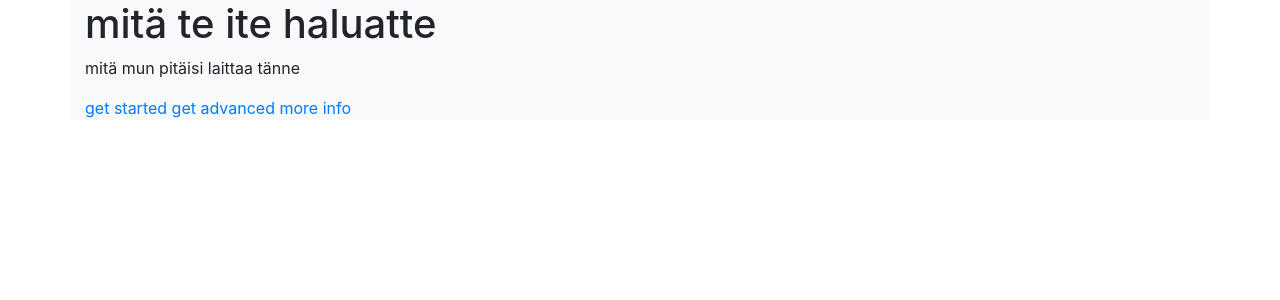
Repository: jessehapuli/jessehapuli.github.io
Page: Bootstrap/index.html
An editor plug-in stored every save of this project. The page is shown before and after the next save, followed by the edit.
The browser window is 1280 px wide. The pictures show the whole page.

Above is the page before, as saved 2024-04-24 09:25:14.

### Bootstrap/index.html
<!doctype html>
<html lang="en">
  <head>
    <!-- Required meta tags -->
    <meta charset="utf-8">
    <meta name="viewport" content="width=device-width, initial-scale=1, shrink-to-fit=no">

    <!-- Bootstrap CSS -->
    <link rel="stylesheet" href="https://cdn.jsdelivr.net/npm/bootstrap@4.6.2/dist/css/bootstrap.min.css" integrity="sha384-xOolHFLEh07PJGoPkLv1IbcEPTNtaed2xpHsD9ESMhqIYd0nLMwNLD69Npy4HI+N" crossorigin="anonymous">

    <title>Hello, world!</title>
  </head>
  <body>

    <section class="container bg-light">
      <h1>mitä te ite haluatte</h1>
      <p>mitä mun pitäisi laittaa tänne</p>
      <a href="">get started</a>
      <a href="">get advanced</a>
      <a href="">more info</a>
    </section>

    <!-- Optional JavaScript; choose one of the two! -->

    <!-- Option 1: jQuery and Bootstrap Bundle (includes Popper) -->
    <script src="https://cdn.jsdelivr.net/npm/jquery@3.5.1/dist/jquery.slim.min.js" integrity="sha384-DfXdz2htPH0lsSSs5nCTpuj/zy4C+OGpamoFVy38MVBnE+IbbVYUew+OrCXaRkfj" crossorigin="anonymous"></script>
    <script src="https://cdn.jsdelivr.net/npm/bootstrap@4.6.2/dist/js/bootstrap.bundle.min.js" integrity="sha384-Fy6S3B9q64WdZWQUiU+q4/2Lc9npb8tCaSX9FK7E8HnRr0Jz8D6OP9dO5Vg3Q9ct" crossorigin="anonymous"></script>

    <!-- Option 2: Separate Popper and Bootstrap JS -->
    <!--
    <script src="https://cdn.jsdelivr.net/npm/jquery@3.5.1/dist/jquery.slim.min.js" integrity="sha384-DfXdz2htPH0lsSSs5nCTpuj/zy4C+OGpamoFVy38MVBnE+IbbVYUew+OrCXaRkfj" crossorigin="anonymous"></script>
    <script src="https://cdn.jsdelivr.net/npm/popper.js@1.16.1/dist/umd/popper.min.js" integrity="sha384-9/reFTGAW83EW2RDu2S0VKaIzap3H66lZH81PoYlFhbGU+6BZp6G7niu735Sk7lN" crossorigin="anonymous"></script>
    <script src="https://cdn.jsdelivr.net/npm/bootstrap@4.6.2/dist/js/bootstrap.min.js" integrity="sha384-+sLIOodYLS7CIrQpBjl+C7nPvqq+FbNUBDunl/OZv93DB7Ln/533i8e/mZXLi/P+" crossorigin="anonymous"></script>
    -->
  </body>
</html>

After the next save:
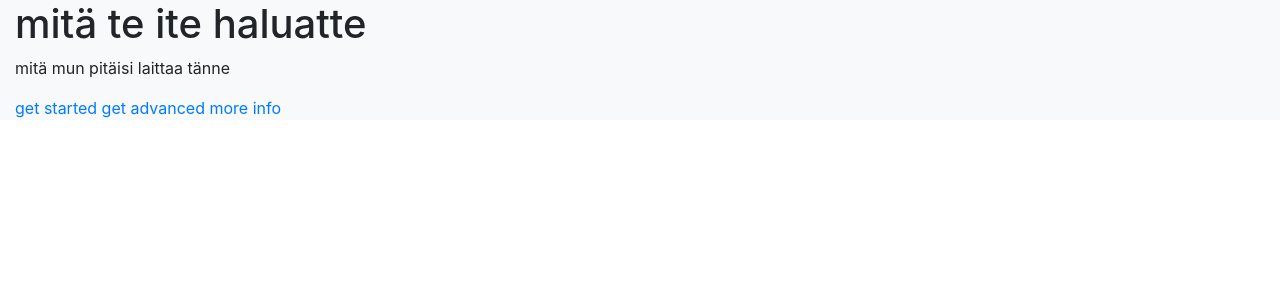
Saved 21 s later.
--- a/Bootstrap/index.html
+++ b/Bootstrap/index.html
@@ -12,7 +12,7 @@
   </head>
   <body>
 
-    <section class="container bg-light">
+    <section class="container-fluid bg-light">
       <h1>mitä te ite haluatte</h1>
       <p>mitä mun pitäisi laittaa tänne</p>
       <a href="">get started</a>
